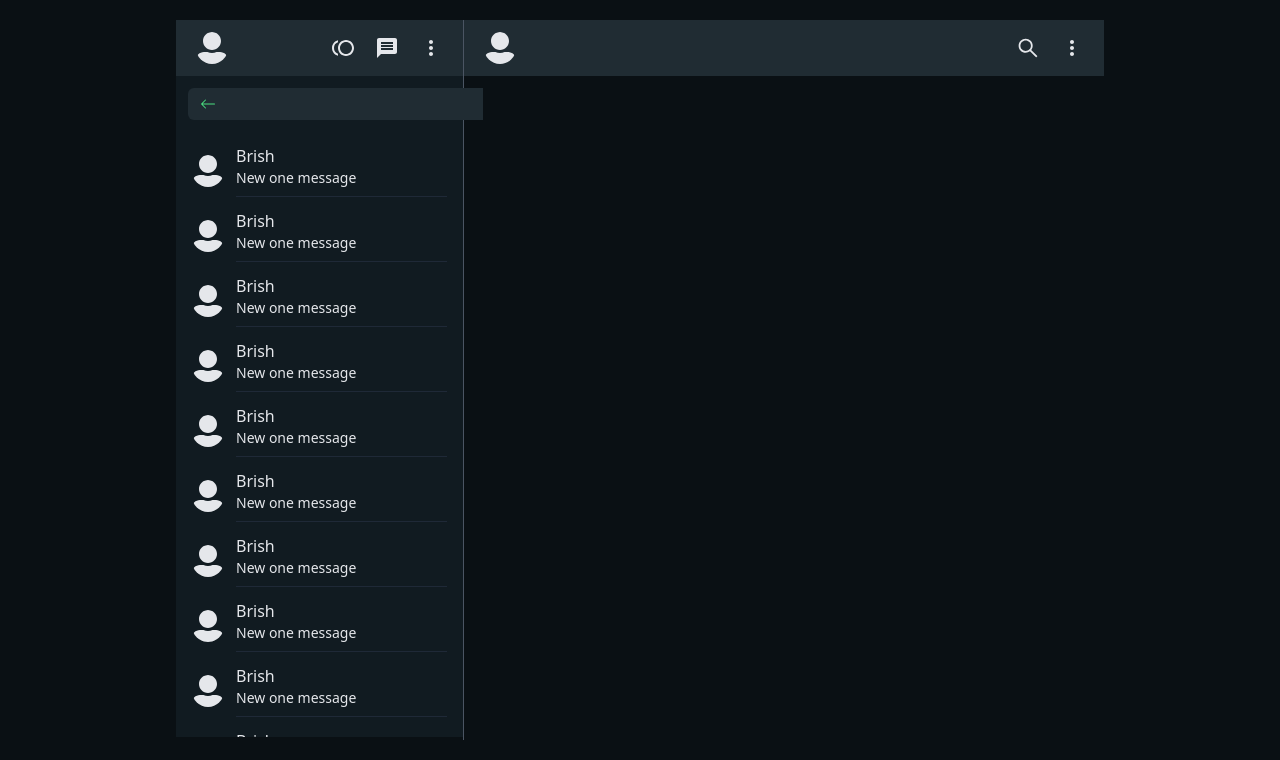
Repository: satya-ranjon/whatsapp-clone-dev
Page: /
These files come from the project's save history. The page is drawn as it stood at one moment and after the next save; the edit follows.
The browser window is 1280 px wide. The pictures show the whole page.
The project was rebuilt for these pictures with package versions that can differ from the ones it lists, and the page was loaded fresh each time.

Above is the page before, as saved 2022-04-09 16:28:58.

After the next save:
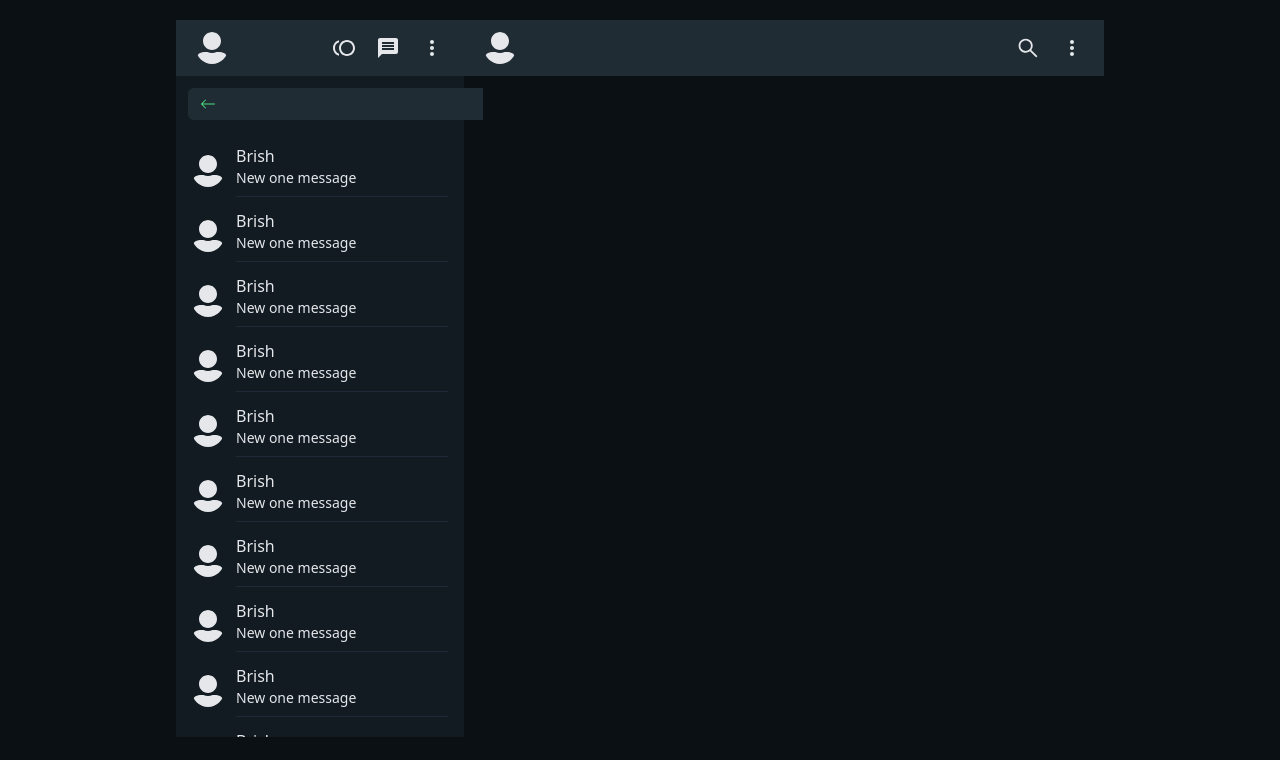
Saved 4 h 17 min later.
--- a/src/Components/SideBar.jsx
+++ b/src/Components/SideBar.jsx
@@ -5,7 +5,7 @@ import SideBarUseList from "./SideBarUseList";
 
 export default function SideBar() {
   return (
-    <div className="w-72 border-r-[.1px] border-r-gray-600">
+    <div className="w-72 ">
       <div className="flex justify-between font-semibold text-2xl px-5 py-3 bg-[#202c33] text-gray-200">
         <div>
           <FaUserAlt className="rounded-full w-8 h-8" />
